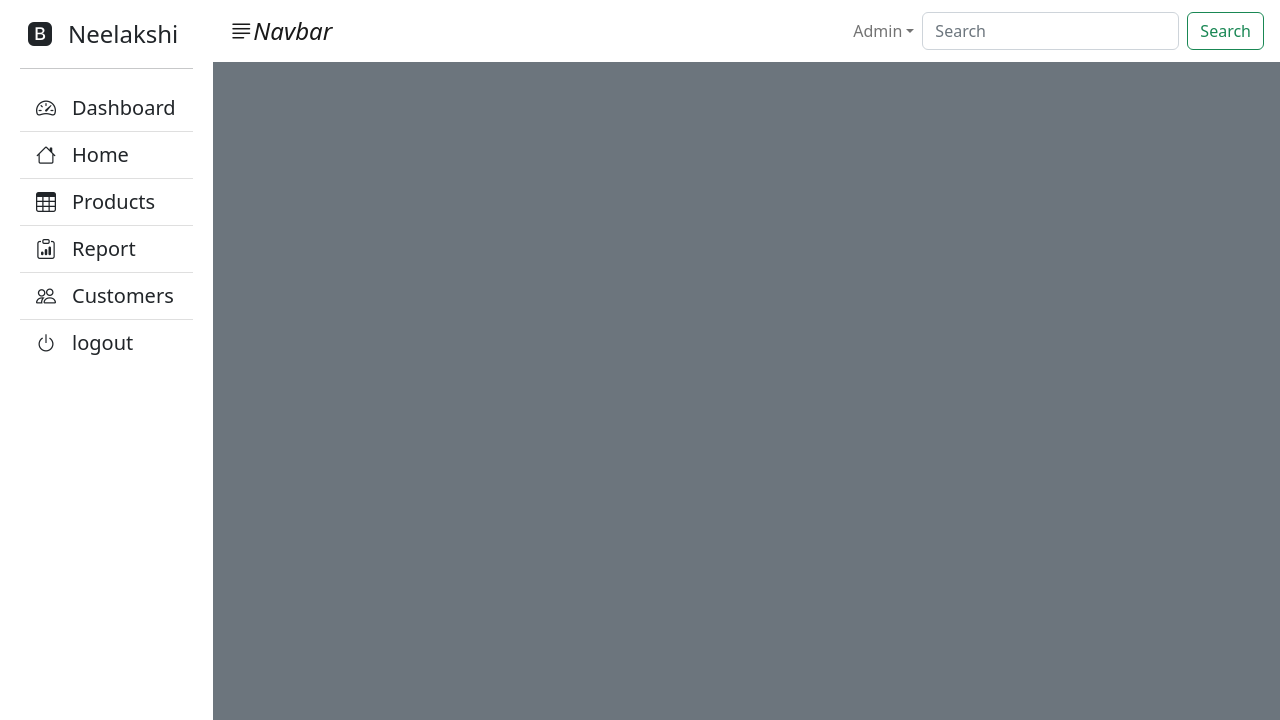
Repository: iqbalaamir/dashboard
Page: /
An editor plug-in stored every save of this project. The page is shown before and after the next save, followed by the edit.
The browser window is 1280 px wide. The pictures show the whole page.
The project was rebuilt for these pictures with package versions that can differ from the ones it lists, and the page was loaded fresh each time. Also part of the build but not shown: src/App.css.

Above is the page before, as saved 2023-04-24 20:15:33.

### src/App.js
import "./App.css";
import Home from "./artifacts/Home";
import SidebarComponent from "./artifacts/SidebarComponent";


function App() {
  return (
<div className="container-fluid bg-secondary min-vh-100">
<div className="row">
<div className="col-2 bg-white min-vh-100">
<SidebarComponent/>
</div>
<div className="col" style={{padding:0}}>
<Home/>
</div>
</div>
</div>
  );
}

export default App;

### src/artifacts/Home.js
import React from 'react'
import Nav from './Nav'

function Home() {
  return (
    <div>
        <Nav/>
    </div>
  )
}

export default Home

### src/artifacts/SidebarComponent.js
import React from 'react'
import "bootstrap/dist/css/bootstrap.min.css";
import "bootstrap-icons/font/bootstrap-icons.css";
import "./style.css"
function SidebarComponent() {
  return (
    <div className='bg-white sidebar p-2'>
        <div className='m-2'>
            <i className='bi bi-bootstrap-fill me-3 fs-4'></i>
            <span className='brand-name fs-4'>Neelakshi</span>
        </div>
        <hr className='text-dark'/>
        <div className='list-group list-group-flush'>
            <a className='list-group-item py-2'>
                <i className='bi bi-speedometer2 fs-5 me-3'></i>
                <span className='fs-5'>Dashboard</span>
            </a>
            <a className='list-group-item py-2'>
                <i className='bi bi-house fs-5 me-3'></i>
                <span className='fs-5'>Home</span>
            </a>
            <a className='list-group-item py-2'>
                <i className='bi bi-table fs-5 me-3'></i>
                <span className='fs-5'>Products</span>
            </a>
            <a className='list-group-item py-2'>
                <i className='bi bi-clipboard-data fs-5 me-3'></i>
                <span className='fs-5'>Report</span>
            </a>
            <a className='list-group-item py-2'>
                <i className='bi bi-people fs-5 me-3'></i>
                <span className='fs-5'>Customers</span>
            </a>
            <a className='list-group-item py-2'>
                <i className='bi bi-power fs-5 me-3'></i>
                <span className='fs-5'>logout</span>
            </a>


        </div>
    </div>
  )
}

export default SidebarComponent

### src/artifacts/Nav.js
import React from 'react'
import "bootstrap/js/dist/dropdown"
function Nav() {
  return (
   <nav className="navbar navbar-expand-sm navbar-white bg-white px-3">
       <i className="navbar-brand bi bi-justify-left fs-4">Navbar</i>
       <button className="navbar-toggler d-lg-none" type="button" data-bs-toggle="collapse" data-bs-target="#collapsibleNavId" aria-controls="collapsibleNavId"
           aria-expanded="false" aria-label="Toggle navigation"></button>
       <div className="collapse navbar-collapse" id="collapsibleNavId">
           <ul className="navbar-nav ms-auto mt-2 mt-lg-0">

               <li className="nav-item dropdown">
                   <a className="nav-link dropdown-toggle" href="#"
                   id="dropdownId" data-bs-toggle="dropdown"
                   aria-haspopup="true" aria-expanded="false">Admin</a>
                   <div className="dropdown-menu" aria-labelledby="dropdownId">
                       <a className="dropdown-item" href="#">Profile</a>
                       <a className="dropdown-item" href="#">Settings</a>
                       <a className="dropdown-item" href="#">Logout</a>

                   </div>
               </li>
           </ul>
           <form className="d-flex my-2 my-lg-0">
               <input className="form-control me-sm-2" type="text" placeholder="Search"/>
               <button className="btn btn-outline-success my-2 my-sm-0" type="submit">Search</button>
           </form>
       </div>
   </nav>
  )
}

export default Nav

### src/artifacts/style.css
.list-group a:hover{
   background-color:blue;
   color:white;
   cursor: pointer;
}

Loaded but not shown: public/index.html (common file); src/index.js (common file); src/index.css (common file); src/reportWebVitals.js (common file)

After the next save:
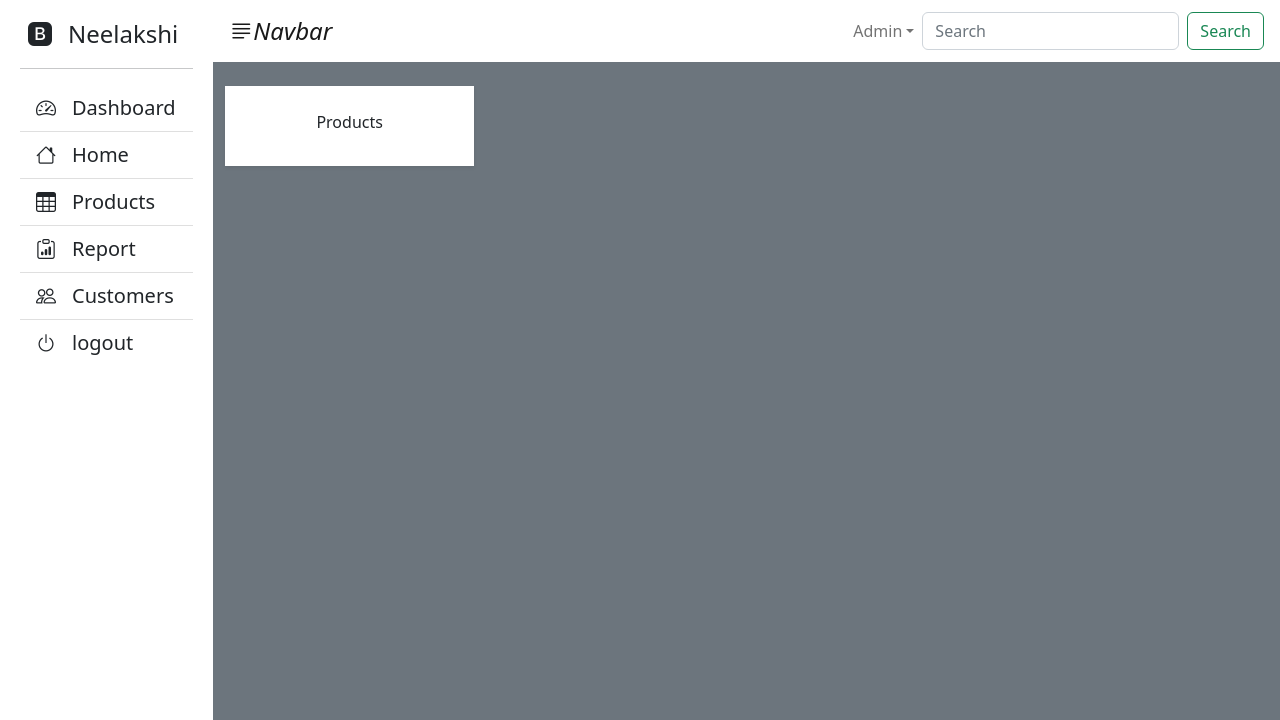
Saved 3 min 21 s later.
--- a/src/artifacts/Home.js
+++ b/src/artifacts/Home.js
@@ -5,6 +5,22 @@ function Home() {
   return (
     <div>
         <Nav/>
+        <div className='container-fluid'>
+            <div className='row g-3 my-2'>
+                <div className='col-md-3'>
+                    <div className='p-3 bg-white shadow-sm d-flex justify-content-around align-items-center runded'>
+                        <div>
+                            <h3 className=''>
+
+                            </h3>
+                            <p>
+Products
+                            </p>
+                        </div>
+                    </div>
+                </div>
+            </div>
+        </div>
     </div>
   )
 }
